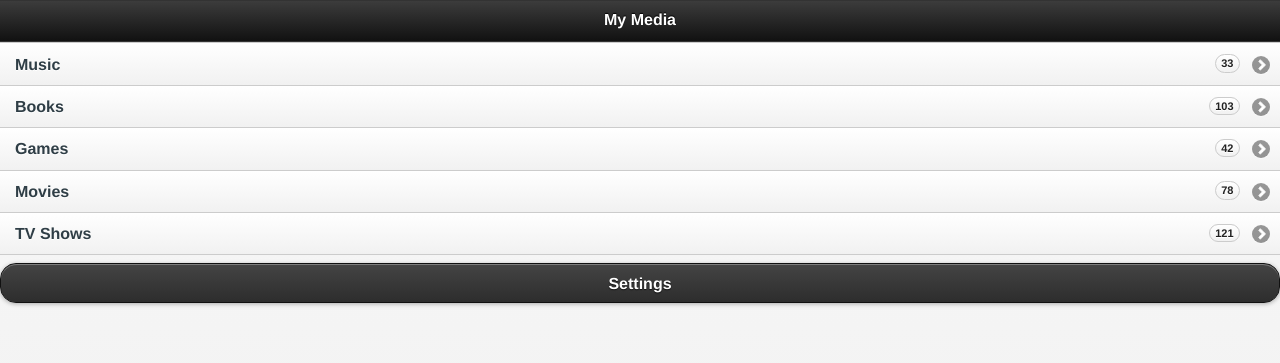
Repository: shavo0915/MediaCollectionApp
Page: MediaCollectionApp/assets/www/index.html
These files come from the project's save history. The page is drawn as it stood at one moment and after the next save; the edit follows.
The browser window is 1280 px wide. The pictures show the whole page.

Above is the page before, as saved 2013-01-30 21:06:52.

### MediaCollectionApp/assets/www/index.html
<!DOCTYPE html>
<html>
<head>
	<title>Media Collection App</title>
	<meta name="viewport" content="width=device-width, initial-scale=1">
	<link rel="stylesheet" href="jquery.mobile-1.2.0/jquery.mobile-1.2.0.css" />
	<script src="jQuery/jquery-1.8.2.js"></script>
	<script src="jquery.mobile-1.2.0/jquery.mobile-1.2.0.js"></script>
</head>
<body>

<div data-role="page">

	<div data-role="header">
		<h1>My Media</h1>
	</div><!-- /header -->
		<ul data-role="listview">
			<li>
				<a href="">
					Music
					<span class="ui-li-count">33</span>
				</a>
			</li>
			<li>
				<a href="">
					Books
					<span class="ui-li-count">103</span>
				</a>
			</li>
			<li>
				<a href="">
					Games
					<span class="ui-li-count">42</span>
				</a>
			</li>
			<li>
				<a href="">
					Movies
					<span class="ui-li-count">78</span>
				</a>
			</li>
			<li>
				<a href="">
					TV Shows
					<span class="ui-li-count">121</span>
				</a>
			</li>

			<div height="10px">
			</div>

			<a href="" data-role="button" data-theme="a">Settings</a>

		</ul>

	</div><!-- /page -->

</body>
</html>

Loaded but not shown: MediaCollectionApp/assets/www/jquery.mobile-1.2.0/jquery.mobile-1.2.0.css (library); MediaCollectionApp/assets/www/jQuery/jquery-1.8.2.js (library); MediaCollectionApp/assets/www/jquery.mobile-1.2.0/jquery.mobile-1.2.0.js (library)

After the next save:
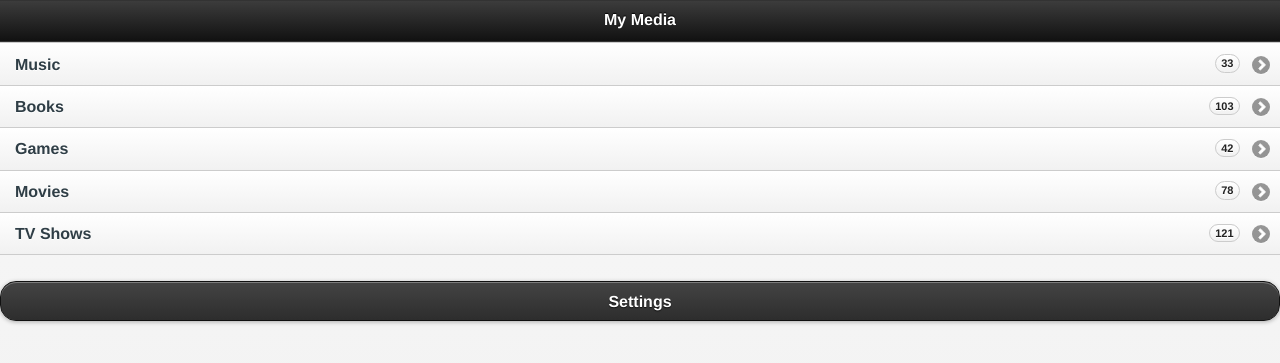
Saved 2 min 20 s later.
--- a/MediaCollectionApp/assets/www/index.html
+++ b/MediaCollectionApp/assets/www/index.html
@@ -47,6 +47,7 @@
 			</li>
 
 			<div height="10px">
+				&nbsp;
 			</div>
 
 			<a href="" data-role="button" data-theme="a">Settings</a>
